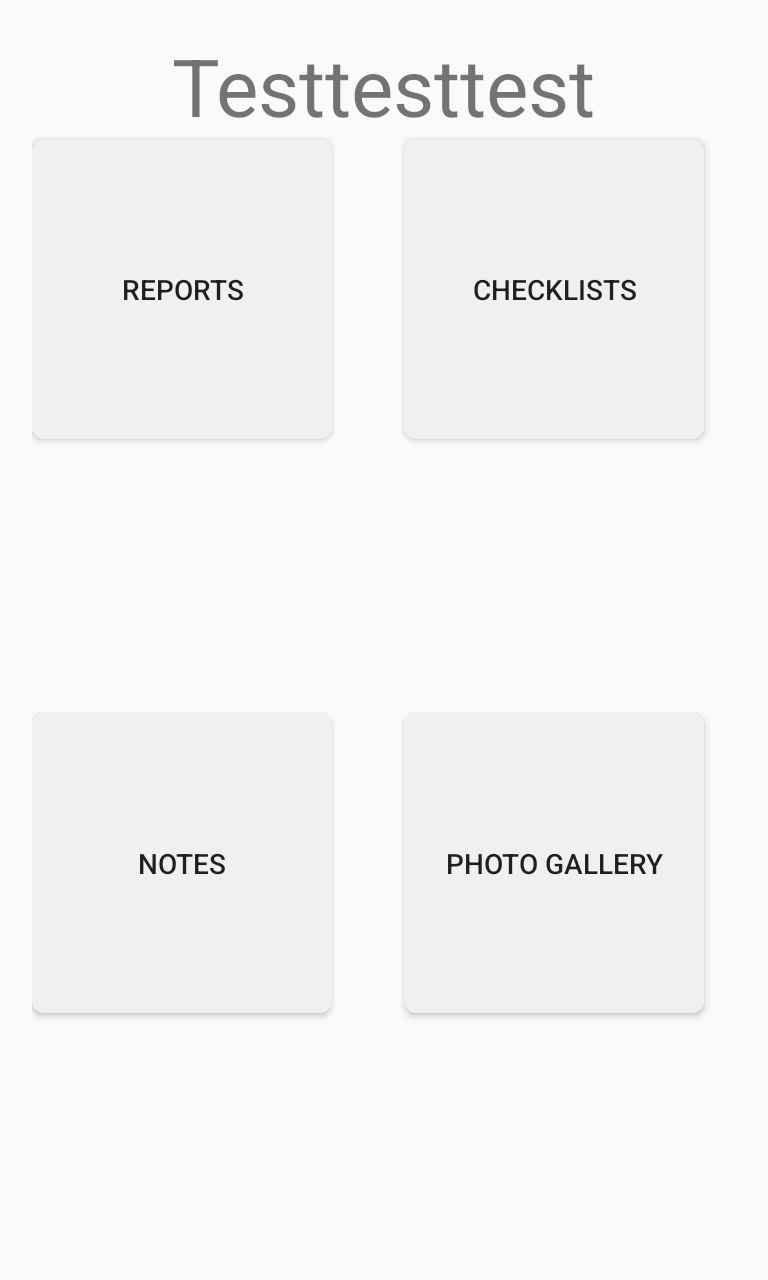
Repository: TheDizzler/shiny-octo-robot
Layout: Qdap/res/layout/fragment_categories.xml
These files come from the project's save history. The layout is drawn as it stood at one moment and after the next save; the edit follows.
It is drawn on a 768 x 1280 px phone screen (xhdpi) without system bars, with theme AppTheme; the app's code is not run.

Above is the layout before, as saved 2014-05-14 23:49:30.

After the next save:
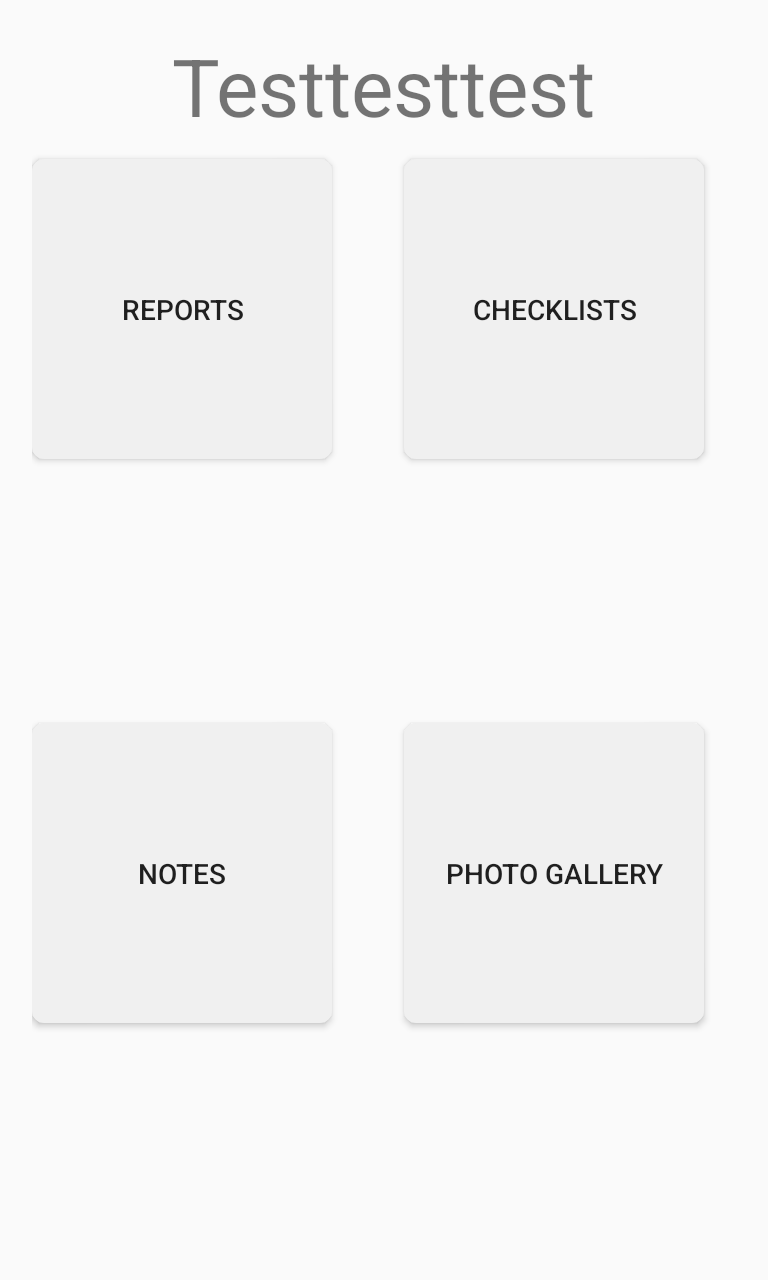
Saved 13 s later.
--- a/Qdap/res/layout/fragment_categories.xml
+++ b/Qdap/res/layout/fragment_categories.xml
@@ -19,12 +19,12 @@
         android:layout_height="wrap_content"
         android:layout_columnSpan="2"
         android:layout_gravity="center"
+        android:layout_marginBottom="10dp"
         android:layout_row="0"
+        android:shadowDx="15"
+        android:shadowRadius="15"
         android:text="Testtesttest"
-        android:shadowRadius="15"
-        android:shadowDx="15"
-        android:textSize="40sp"/>
-
+        android:textSize="40sp" />
 
     <Button
         android:id="@+id/reports"
@@ -51,10 +51,6 @@
         android:background="@drawable/custom_button"
         android:onClick="checklists"
         android:text="@string/checklists" />
-
-
-
-
 
     <Space
         android:layout_column="1"
@@ -87,6 +83,4 @@
         android:onClick="photo"
         android:text="@string/photo" />
 
-
-
 </GridLayout>
